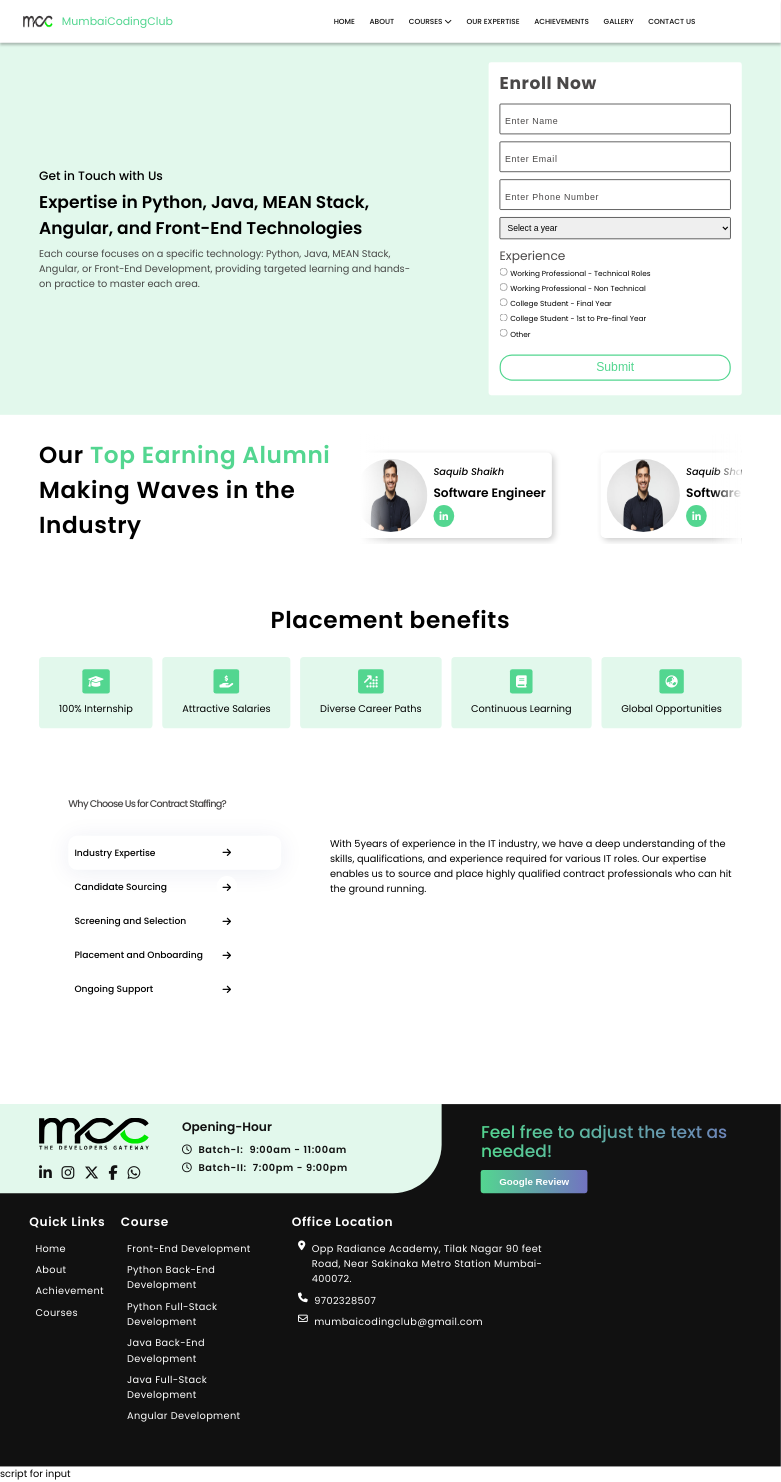
Repository: msmsa2001/mcc-theme
Page: contact.html
These files come from the project's save history. The page is drawn as it stood at one moment and after the next save; the edit follows.
The browser window is 1280 px wide. The pictures show the whole page, at 61% of full size.
Pictures or frames that could not be fetched are drawn as grey boxes.

Above is the page before, as saved 2024-07-26 04:44:26.
Console error: TypeError: Cannot read properties of null (reading 'querySelector')

After the next save:
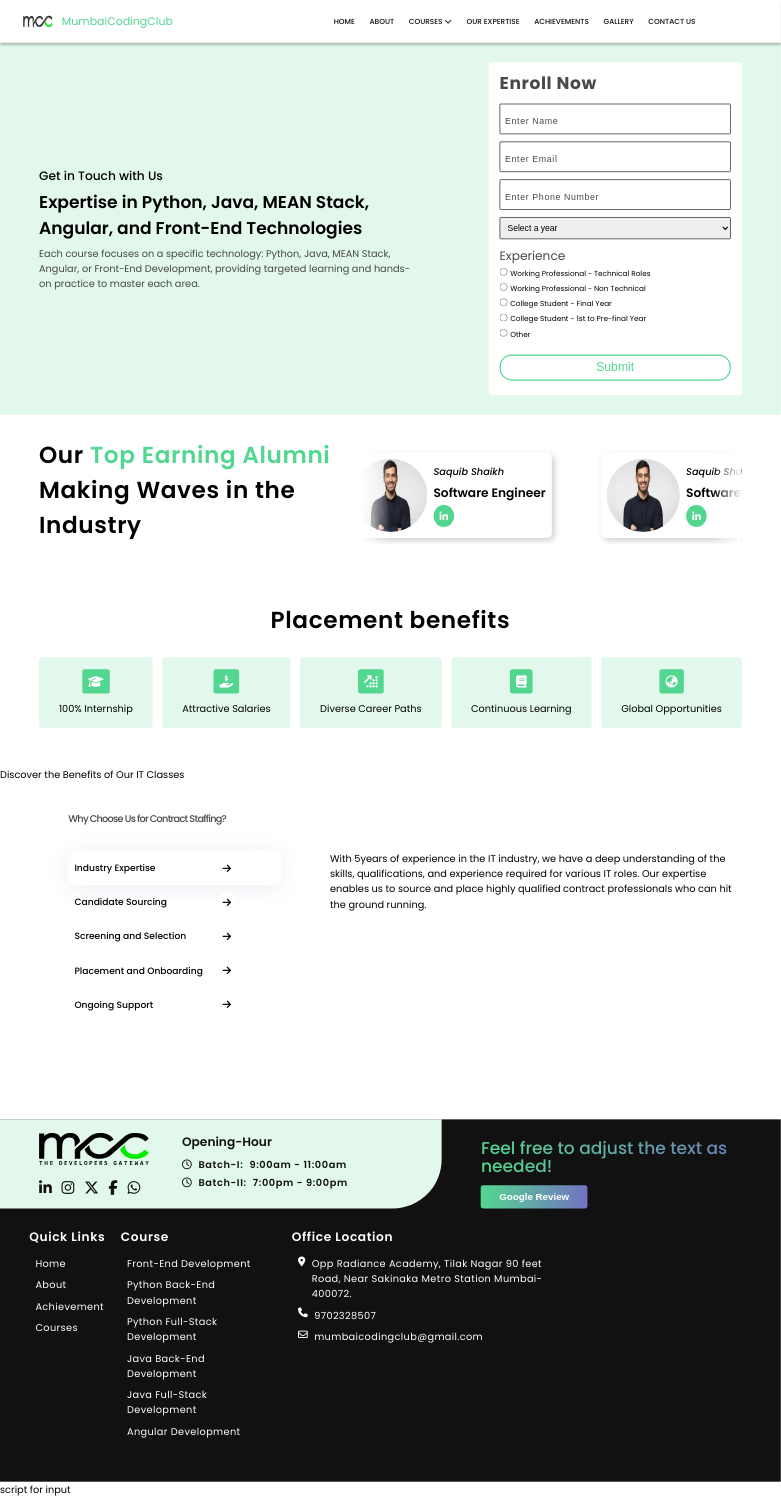
Saved 2 min 8 s later.
--- a/contact.html
+++ b/contact.html
@@ -214,7 +214,7 @@
     </div>
 
     <div class="container4">
-
+        <p>Discover the Benefits of Our IT Classes</p>
     </div>
     <div class="container8">
         <p class="title">Why Choose Us for Contract Staffing?</p>
